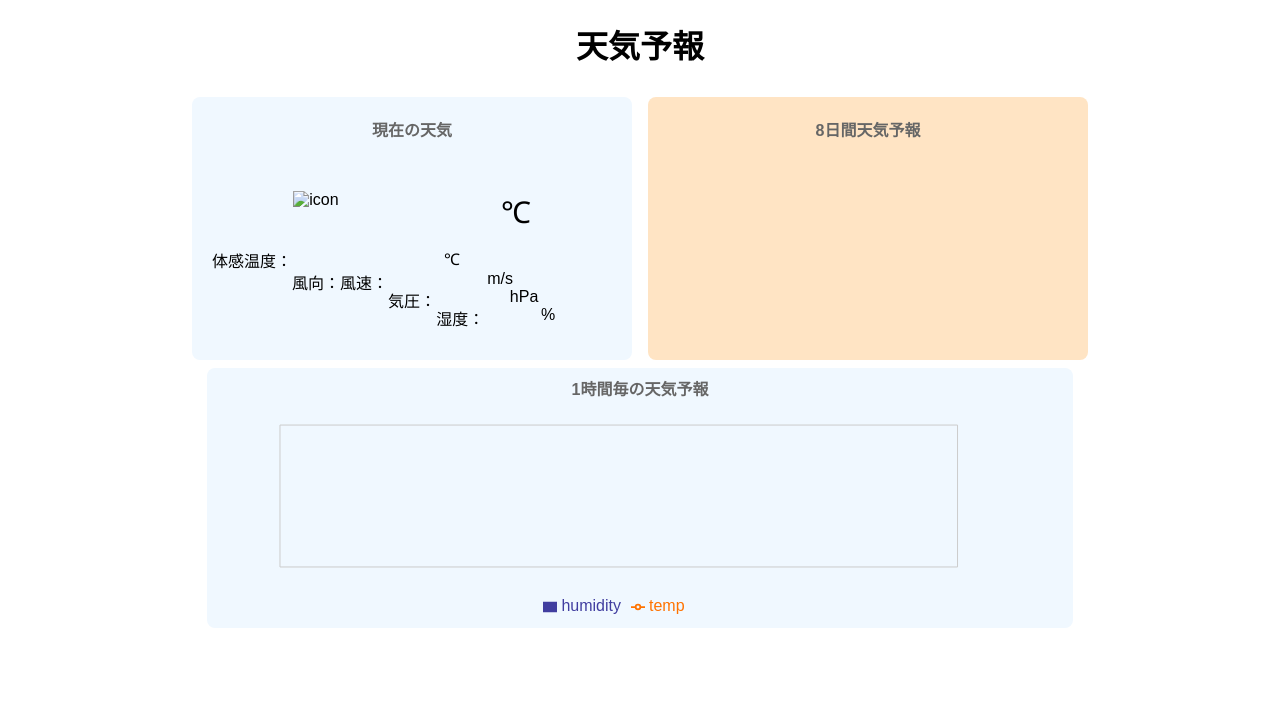
Repository: IshigureTomoki/weather-app
Page: /
These files come from the project's save history. The page is drawn as it stood at one moment and after the next save; the edit follows.
The browser window is 1280 px wide. The pictures show the whole page.
The page's requests for data from a server got no answer. The project was rebuilt for these pictures with package versions that can differ from the ones it lists, and the page was loaded fresh each time. No one was signed in, and anything a server would have sent is missing.

Above is the page before, as saved 2022-02-25 15:09:09.

### src/App.tsx
import axios from "axios";
import { report } from "process";
import React, { useEffect, useState } from "react";
import { convertTypeAcquisitionFromJson } from "typescript";
import "./App.css";
import { LinePlot } from "./components/LinePlot";

function App() {
  useEffect(() => {
    wetherOneCall();
  }, []);

  type weatherReportType = {
    time: string;
    timezone: string;
    temp: string;
    feels_like: string;
    wind_deg: string;
    wind_speed: string;
    pressure: string;
    humidity: string;
    weatherDescription: string;
    weatherIcon: string;
  };

  type weatherDailyReportsType = {
    dt: number;
    temp: {
      max: string;
      min: string;
    };
    weather: [
      {
        description: string;
        icon: string;
        id: string;
        main: string;
      }
    ];
  };

  type weatherHourlyReportsType = {
    time: string;
    temp: string;
    humidity: string;
  };

  const [weatherReport, setWeatherReport] = useState<weatherReportType>();
  const [weatherDailyReports, setWeatherDailyReports] = useState<
    weatherDailyReportsType[]
  >([]);

  const [weatherHourlyReports, setWeatherHourlyReports] = useState<
    weatherHourlyReportsType[]
  >([]);
  const [serchCity, setSearchCity] = useState("");

  const time = (dt: number) => {
    const srTime = new Date(dt * 1000);
    const time = srTime.toLocaleTimeString();
    return `${time}`;
  };

  const hour = (dt: number) => {
    const srTime = new Date(dt * 1000);
    const hour = srTime.getHours();
    return `${hour}`;
  };

  const mday = (dt: number) => {
    const srTime = new Date(dt * 1000);
    const day = srTime.toLocaleDateString();
    return `${day}`;
  };

  const date = (dt: number) => {
    const srTime = new Date(dt * 1000);
    const date = srTime.getDate();
    return `${date}`;
  };

  const dayOfWeekStr = (dt: number) => {
    const srTime = new Date(dt * 1000);
    const day = srTime.getDay();
    const dayOfWeekStrJP = ["日", "月", "火", "水", "木", "金", "土"];
    return `(${dayOfWeekStrJP[day]})`;
  };

  const wetherOneCall = async () => {
    await axios
      .get(
        "https://api.openweathermap.org/data/2.5/onecall?lat=35.690&lon=139.692&lang=ja&units=metric&appid=ff86fbdda3c22e95ce0071f6a7826f6c"
      )
      .then((res) => {
        console.log(res);

        const get_wind_deg = (wind_deg: number) => {
          let r = "北↓";
          if (wind_deg >= 11.25) r = "北北東";
          if (wind_deg >= 33.75) r = "北東↙︎";
          if (wind_deg >= 56.25) r = "東北東";
          if (wind_deg >= 78.75) r = "東←";
          if (wind_deg >= 101.25) r = "東南東";
          if (wind_deg >= 123.75) r = "南東↖︎";
          if (wind_deg >= 146.25) r = "南南東";
          if (wind_deg >= 168.75) r = "南↑";
          if (wind_deg >= 191.25) r = "南南西";
          if (wind_deg >= 213.75) r = "南西↗︎";
          if (wind_deg >= 236.25) r = "西南西";
          if (wind_deg >= 258.75) r = "西→";
          if (wind_deg >= 281.25) r = "西北西";
          if (wind_deg >= 303.75) r = "北西↘︎";
          if (wind_deg >= 326.25) r = "北北西";
          return r;
        };

        const report = {
          time: `${mday(res.data.current.dt)} ${time(res.data.current.dt)}`,
          timezone: res.data.timezone,
          temp: res.data.current.temp,
          feels_like: res.data.current.feels_like,
          wind_deg: get_wind_deg(res.data.current.wind_deg),
          wind_speed: res.data.current.wind_speed,
          pressure: res.data.current.pressure,
          humidity: res.data.current.humidity,
          weatherDescription: res.data.current.weather[0].description,
          weatherIcon: `http://openweathermap.org/img/wn/${res.data.current.weather[0].icon}@2x.png`,
        };

        const hourlyreports = res.data.hourly.map(
          (hourly: any, index: number) => {
            return {
              time: hour(hourly.dt),
              temp: hourly.temp,
              humidity: hourly.humidity,
            };
          }
        );

        hourlyreports.length = 24;

        console.log(report);
        setWeatherReport(report);
        setWeatherDailyReports(res.data.daily);
        console.log(hourlyreports);
        setWeatherHourlyReports(hourlyreports);
      });
  };
  return (
    <>
      <div className="App">
        <h1>天気予報</h1>
        <div className="upper">
          <div className="now-area">
            <div className="title">現在の天気</div>
            <div className="nowtime">{weatherReport?.time}</div>
            <div className="nowplace">{weatherReport?.timezone}</div>
            <div className="nowtemps">
              <div>
                <img src={weatherReport?.weatherIcon} alt="icon" width={120} />
              </div>
              <div className="nowtemps2">
                <div className="nowtemp">{weatherReport?.temp}℃</div>
                <div className="nowdes">
                  {weatherReport?.weatherDescription}
                </div>
              </div>
            </div>
            <dl>
              <dt>体感温度</dt>
              <dd>{weatherReport?.feels_like}℃</dd>
              <dt>風向</dt>
              <dd>{weatherReport?.wind_deg}</dd>
              <dt>風速</dt>
              <dd>{weatherReport?.wind_speed}m/s</dd>
              <dt>気圧</dt>
              <dd>{weatherReport?.pressure}hPa</dd>
              <dt>湿度</dt>
              <dd>{weatherReport?.humidity}%</dd>
            </dl>
          </div>

          <div className="dayly-area">
            <div className="title">8日間天気予報</div>

            {weatherDailyReports.map((report) => (
              <>
                <div className="dayly">
                  <div className="daylyd">
                    {date(report.dt)}
                    {dayOfWeekStr(report.dt)}
                  </div>
                  <div className="daylyi">
                    <img
                      src={`http://openweathermap.org/img/wn/${report.weather[0].icon}@2x.png`}
                      alt="icon"
                      width={40}
                    />
                  </div>
                  <div className="daylyde">{report.weather[0].description}</div>
                  <div className="daylym">
                    {report.temp.max}/{report.temp.min}℃
                  </div>
                </div>
              </>
            ))}
          </div>
        </div>

        <div className="hourly-area">
          <div className="title">1時間毎の天気予報</div>
          <LinePlot data={weatherHourlyReports} />
        </div>
      </div>
    </>
  );
}

export default App;

### src/App.css
body {
  font-family: sans-serif;
}

.App {
  text-align: center;
}

.upper {
  display: flex;
  justify-content: center;
}
.now-area {
  text-align: center;
  background-color: aliceblue;
  width: 400px;
  padding: 20px;
  margin: 8px;
  border-radius: 8px;
}
.nowtime {
  font-size: 30px;
}

.nowplace{
  font-size: 25px;
}
.nowtemps{
  padding-top: 30px;
  display: flex;
  justify-content:space-around;
}
.nowtemps2{
  padding: 20;
}

.nowtemp{
  font-size: 30px;
}

dt {
  float: left;
}

dt::after {
  content: "：";
}

.dayly-area {
  text-align: center;
  background-color: bisque;
  width: 400px;
  padding: 20px;
  margin: 8px;
  border-radius: 8px;
}

.dayly {
  display: flex;
}

.daylyd {
  width: 60px;
}

.daylyi {
  width: 90px;
}

.daylym {
  width: 150px;
}

.daylyde {
  width: 100px;
}

.hourly-area {
  background-color: aliceblue;
  width: 850px;
  padding: 8px;
  margin: 0 auto;
  border-radius: 8px;
}
.title {
  text-align: center;
  margin: 0px 0px 20px 0px;
  font-weight: bold;
  color: #666;
}

### src/components/LinePlot.tsx
import {
  Line,
  CartesianGrid,
  XAxis,
  YAxis,
  Tooltip,
  Bar,
  ComposedChart,
  ResponsiveContainer,
  Legend,
} from "recharts";

export const LinePlot = (props: any) => {
  const data = props.data;
  // const data = [
  //   { time: "15", temp: 8.67, humidity: 5 },
  //   { time: "16", temp: 8.87, humidity: 24 },
  //   { time: "17", temp: 8.61, humidity: 25 },
  //   { time: "18", temp: 8.26, humidity: 26 },
  //   { time: "19", temp: 6.67, humidity: 60 },
  //   { time: "20", temp: 5.31, humidity: 68 },
  //   { time: "21", temp: 3.73, humidity: 10 },
  //   { time: "22", temp: 3.32, humidity: 22 },
  // ];
  console.log(data);
  return (
    <ResponsiveContainer width="95%" height={200}>
      <ComposedChart  data={data}>
        <Bar
          yAxisId={2}
          dataKey="humidity"
          barSize={15}
          fill="#413ea0"
          label={{ fill: "white", fontSize: 10 }}
        />
        <Line yAxisId={1} type="monotone" dataKey="temp" stroke="#ff7300" />
        <CartesianGrid stroke="#ccc" />
        <XAxis dataKey="time" label={{ value: "時刻", dx: 5 }} />
        <YAxis yAxisId={1} tickCount={8} unit="℃" label={{ value: "気温" }} />
        <YAxis
          yAxisId={2}
          tickCount={8}
          unit="%"
          label={{ value: "降水確率", dx: 5 }}
          orientation="right"
        />
        <Legend />
        <Tooltip />
      </ComposedChart>
    </ResponsiveContainer>
  );
};

Loaded but not shown: public/index.html (common file); src/index.tsx (common file); src/index.css (common file); src/reportWebVitals.ts (common file)

After the next save:
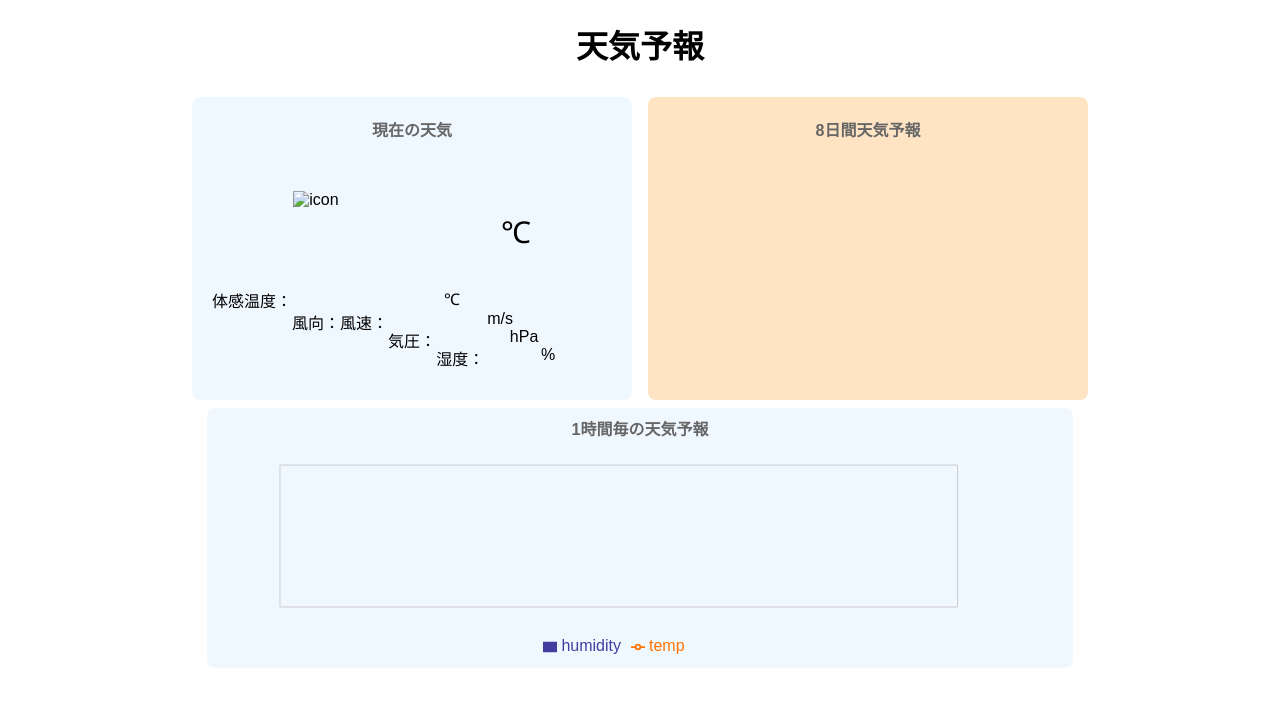
Saved 10 s later.
--- a/src/App.css
+++ b/src/App.css
@@ -31,7 +31,7 @@ body {
   justify-content:space-around;
 }
 .nowtemps2{
-  padding: 20;
+  padding: 20px 0;
 }
 
 .nowtemp{
